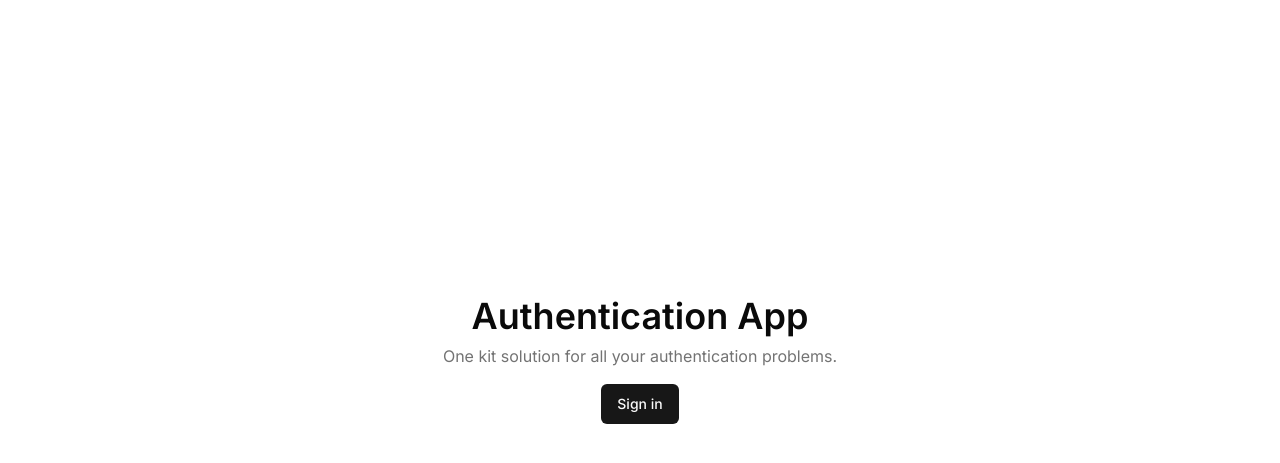
Repository: nickgoel31/authentication-toolkit
Page: /
An editor plug-in stored every save of this project. The page is shown before and after the next save, followed by the edit.
The browser window is 1280 px wide. The pictures show the whole page.
The project was rebuilt for these pictures with package versions that can differ from the ones it lists, and the page was loaded fresh each time. The framework's server and built-in components were replaced by stand-ins that run in the browser. Also part of the build but not shown: next.config.mjs.

Above is the page before, as saved 2024-02-04 13:07:51.

After the next save:
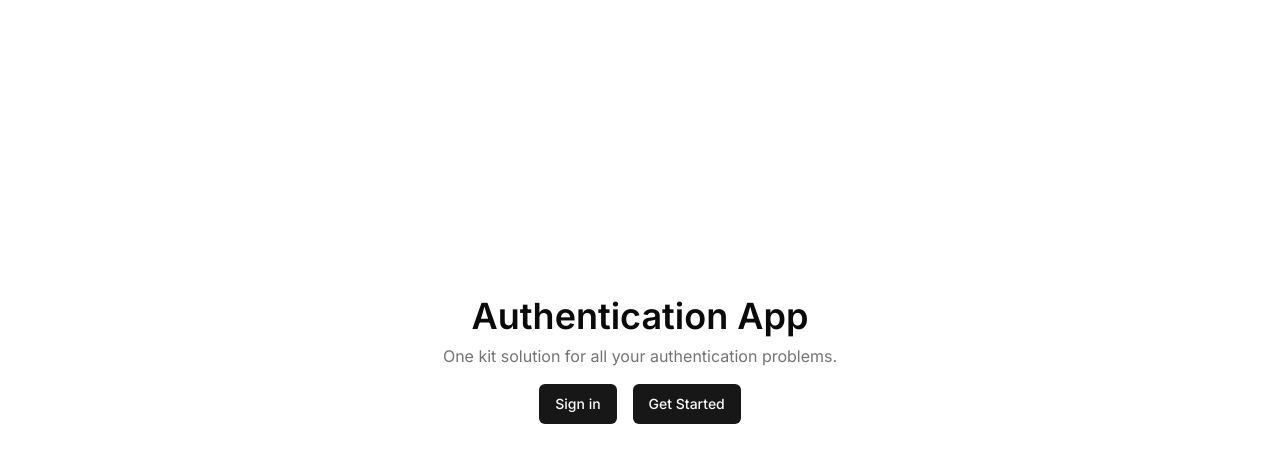
Saved 15 s later.
--- a/app/(landing)/page.tsx
+++ b/app/(landing)/page.tsx
@@ -10,6 +10,7 @@ export default function Home() {
 
       <div className="flex items-center gap-4 pt-2">
         <Button><Link href={'/sign-in'}>Sign in</Link></Button>
+        <Button><Link href={'/sign-up'}>Get Started</Link></Button>
 
       </div>
     </div>
